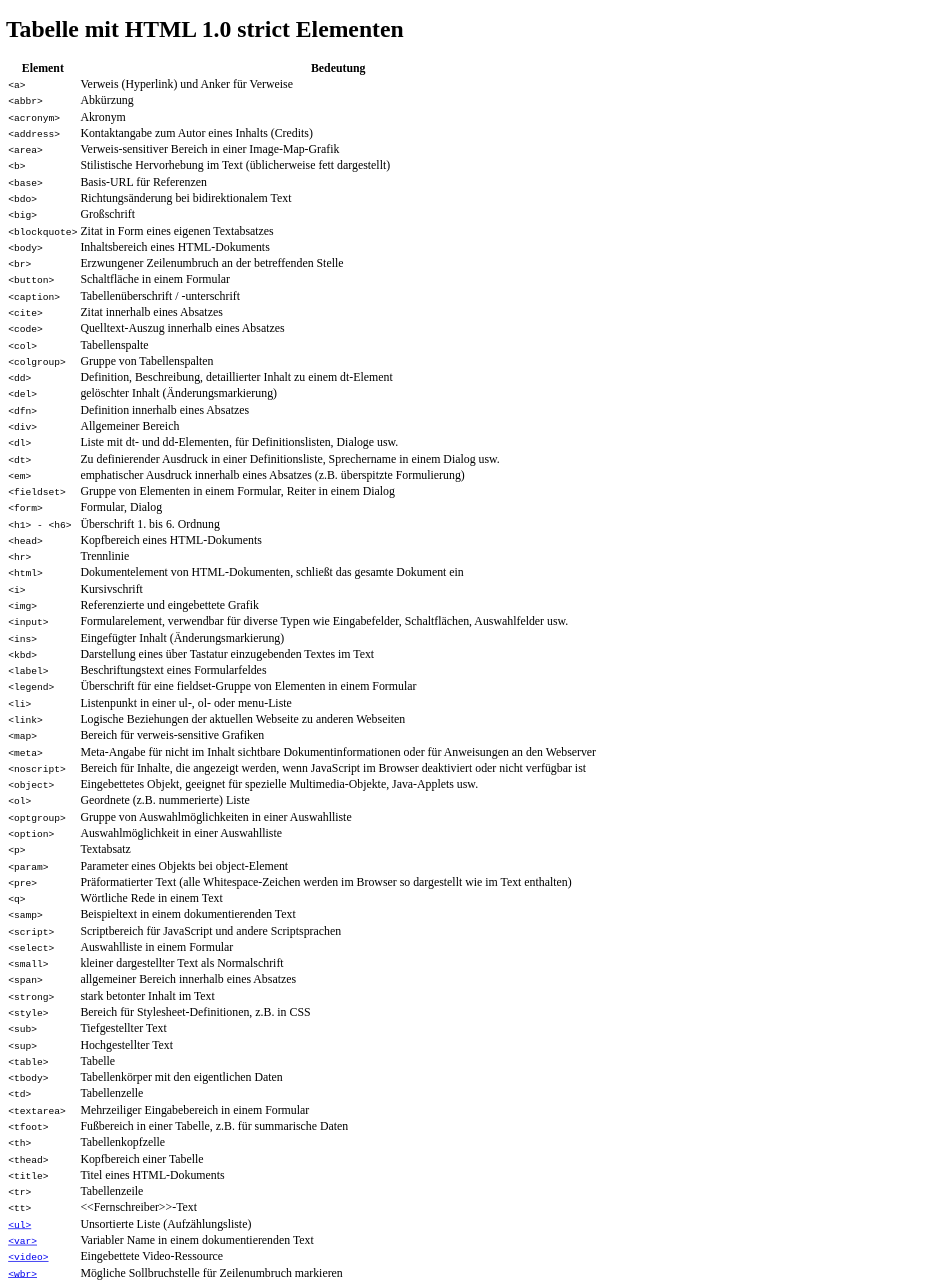
Repository: pLurchi/MyWebengineeringRepo
Page: RemoteSystemsTempFiles/HA-Kapitel06/WebContent/index.html
These files come from the project's save history. The page is drawn as it stood at one moment and after the next save; the edit follows.
The browser window is 1280 px wide. The pictures show the whole page, at 74% of full size.

Above is the page before, as saved 2013-11-28 17:20:14.

After the next save:
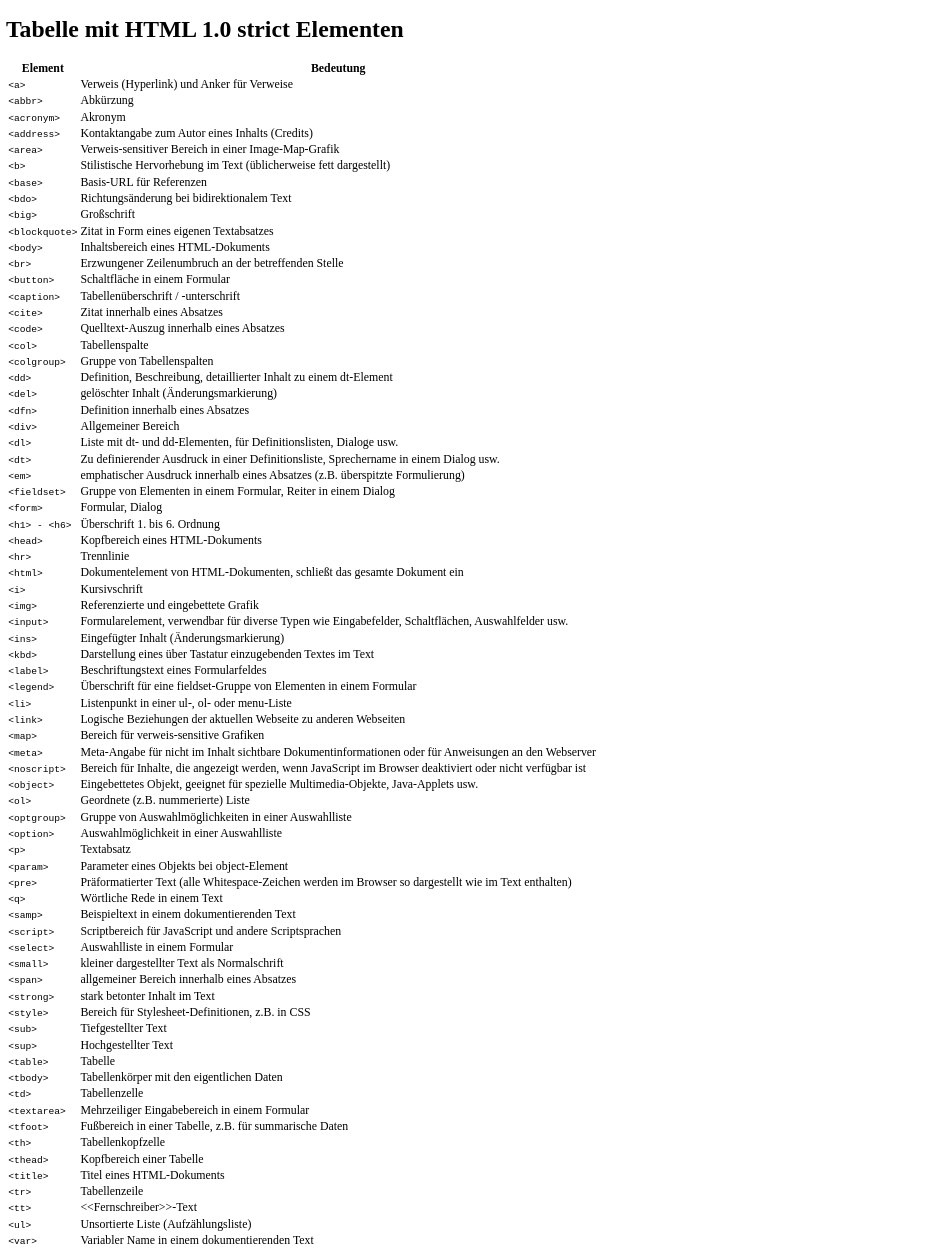
Saved 60 s later.
--- a/RemoteSystemsTempFiles/HA-Kapitel06/WebContent/index.html
+++ b/RemoteSystemsTempFiles/HA-Kapitel06/WebContent/index.html
@@ -295,23 +295,15 @@
 			<td><tt>&lt;tt&gt;</tt></td>
 			<td>&lt;&lt;Fernschreiber&gt;&gt;-Text</td>
 		</tr>
-<tr>
-<td><tt><a href="/html-handbuch:html-elementreferenz-ul">&lt;ul&gt;</a></tt></td>
-<td>Unsortierte Liste (Aufzählungsliste)</td>
-</tr>
-<tr>
-<td><tt><a href="/html-handbuch:html-elementreferenz-var">&lt;var&gt;</a></tt></td>
-<td>Variabler Name in einem dokumentierenden Text</td>
-</tr>
-<tr>
-<td><tt><a href="/html-handbuch:html-elementreferenz-video">&lt;video&gt;</a></tt></td>
-<td>Eingebettete Video-Ressource</td>
-</tr>
-<tr>
-<td><tt><a class="newpage" href="/html-handbuch:html-elementreferenz-wbr">&lt;wbr&gt;</a></tt></td>
-<td>Mögliche Sollbruchstelle für Zeilenumbruch markieren</td>
-</tr>
-</table>
+		<tr>
+			<td><tt>&lt;ul&gt;</tt></td>
+			<td>Unsortierte Liste (Aufzählungsliste)</td>
+		</tr>
+		<tr>
+			<td><tt>&lt;var&gt;</tt></td>
+			<td>Variabler Name in einem dokumentierenden Text</td>
+		</tr>
+	</table>
 
 
 </body>
